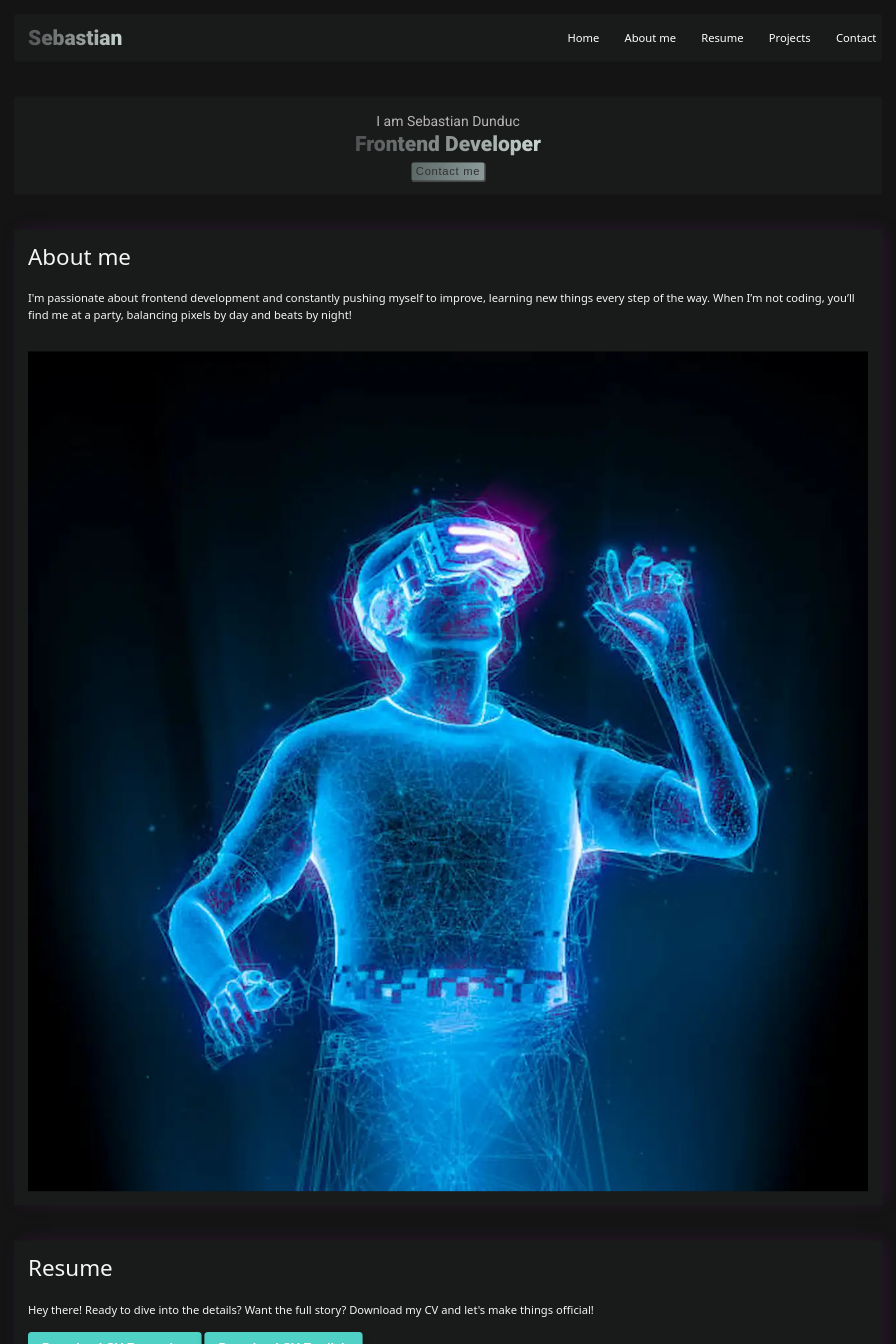
Repository: Sebastiand22/portfolio
Page: index.html
The author's editor kept a copy of each file at every save. The page is drawn from the files as they stood at one save, then again after a run of saves.
The browser window is 1280 px wide. The pictures show the part of the page from y = 0 to 1920 px (the page is 3888 px tall), at 70% of full size.

Above is the page before, as saved 2024-09-14 16:37:00.

### index.html
<!DOCTYPE html>
<html lang="en">
  <head>
    <meta charset="UTF-8" />
    <meta name="viewport" content="width=device-width, initial-scale=1.0" />
    <title>Portfolio</title>

    <link
      href="https://cdn.jsdelivr.net/npm/bootstrap@5.3.0-alpha1/dist/css/bootstrap.min.css"
      rel="stylesheet"
    />
    <link rel="preconnect" href="https://fonts.googleapis.com" />
    <link rel="preconnect" href="https://fonts.gstatic.com" crossorigin />
    <link rel="preconnect" href="https://fonts.googleapis.com" />
    <link rel="preconnect" href="https://fonts.gstatic.com" crossorigin />
    <link
      href="https://fonts.googleapis.com/css?family=Roboto:300,400,400i,500,500i,700,900&amp;display=swap"
      rel="stylesheet"
    />
    <link rel="stylesheet" href="index.css" />
  </head>
  <body>
    <section class="big-container">
      <div class="nav-bar navbar navbar-expand-lg">
        <h2 class="name">Sebastian</h2>

        <!-- Toggle button -->
        <button
          class="navbar-toggler"
          type="button"
          data-bs-toggle="collapse"
          data-bs-target="#navbarContent"
          aria-controls="navbarContent"
          aria-expanded="false"
          aria-label="Toggle navigation"
        >
        <svg class="navbar-toggler-svg"
        width="24"
        height="24"
        viewBox="0 0 24 24"
        fill="none"
        xmlns="http://www.w3.org/2000/svg"
      >
        <rect x="3" y="6" width="18" height="2" fill="grey" />
        <rect x="3" y="11" width="18" height="2" fill="grey" />
        <rect x="3" y="16" width="18" height="2" fill="grey" />
      </svg>
      <!-- <span class="navbar-toggler-icon"></span> -->
        </button>

        <!-- Navbar content -->
        <nav class="collapse navbar-collapse" id="navbarContent">
          <ul class="navbar-list navbar-nav ms-auto">
            <li class="nav-item"><a href="#home" class="nav-link">Home</a></li>
            <li class="nav-item">
              <a href="#services" class="nav-link">About me</a>
            </li>
            <li class="nav-item">
              <a href="#resume" class="nav-link">Resume</a>
            </li>
            <li class="nav-item">
              <a href="#project" class="nav-link">Projects</a>
            </li>
            <li class="nav-item">
              <a href="#contact" class="nav-link">Contact</a>
            </li>
          </ul>
        </nav>
      </div>
      <!-- HEADER SECTION -->
      <section class="header-container">
        <div class="header-section">
          <span class="header-name">I am Sebastian Dunduc</span>
          <h2 class="job-position">Frontend Developer</h2>

          <div class="wrap">
            <button class="button">Contact me</button>
          </div>
        </div>
        <picture class="anime">
          <source
            media="(min-width:1280px)"
            srcset="images/me-laptop-1x.webp 1x, images/me-laptop-2x.webp 2x"
          />
          <source
            media="(min-width:768px)"
            srcset="images/me-tablet-1x.webp 1x, images/me-tablet-2x.webp 2x"
          />
          <source
            media="(min-width:320px)"
            srcset="images/me-mobile1x.webp 1x, images/me-mobilee-2x.webp 2x"
          />
          <img class="me-photo" src="images/" alt="bye" />
        </picture>
      </section>

      <section class="about-container">
        <div class="about-section">
          <h2>About me</h2>
          <span class="about-description"
            >I'm passionate about frontend development and constantly pushing
            myself to improve, learning new things every step of the way. When
            I’m not coding, you’ll find me at a party, balancing pixels by day
            and beats by night!</span
          >
          <picture class="pixel-picture">
            <source
              media="(min-width:1280px)"
              srcset="
                images/pixel1x-laptop.webp 1x,
                images/pixel2x-laptop.webp 2x
              "
            />
            <source
              media="(min-width:768px)"
              srcset="
                images/pixel1x-tablet.webp 1x,
                images/pixel2x-tablet.webp 2x
              "
            />
            <source
              media="(min-width:320px)"
              srcset="
                images/pixel1x-mobile.webp 1x,
                images/pixel2x-laptop.webp 2x
              "
            />
            <img class="pixel" src="images/pixel1x-tablet.webp" alt="bye" />
          </picture>
        </div>
      </section>
      <section class="resume-container">
        <div class="resume-section">
          <h2>Resume</h2>
          <span class="resume-description">
            Hey there! Ready to dive into the details? Want the full story?
            Download my CV and let's make things official!</span
          >

          <div class="button-link">
            <a
              href="./files/Sebastian Dunduc Resume Romana.pdf"
              download="CV-Romanian"
              class="download-button"
              >Download CV-Romanian</a
            >
            <a
              href="./files/Sebastian Dunduc-Resume English.pdf"
              download="CV-English"
              class="download-button"
              >Download CV-English</a
            >
          </div>

          <picture class="lock-picture">
            <source
              media="(min-width:1280px)"
              srcset="
                images/lock-laptop1x.webp 1x,
                images/lock-laptop2x.webp 2x
              "
            />
            <source
              media="(min-width:768px)"
              srcset="
                images/lock-tablet1x.webp 1x,
                images/lock-tablet2x.webp 2x
              "
            />
            <source
              media="(min-width:320px)"
              srcset="
                images/lock-mobile1x.webp 1x,
                images/lock-mobile2x.webp 2x
              "
            />
            <img class="pixel" src="images/lock-tablet1x.webp" alt="bye" />
          </picture>
        </div>
      </section>

      <section class="project-container">
        <div class="background-project">
          <div class="project-section">
            <h2>Projects</h2>
            <span class="project-description"
              >Check out my projects! Click the icons to see live demos on
              GitHub. Explore and enjoy!</span
            >
          </div>
        </div>
      </section>

      <section class="contact-container">
        <div class="contact-section">
          <h2>Contact</h2>

          <span class="contact-description">to be friends</span>
          <span class="contact-description">to be mates</span>
          <span class="contact-description">to be collaborators</span>
        </div>
      </section>
    </section>
    <script src="https://cdn.jsdelivr.net/npm/bootstrap@5.3.0-alpha1/dist/js/bootstrap.bundle.min.js"></script>
  </body>
</html>

### index.css
:root {
  --font-title: "Playfair Display SC", serif;
  --size-title: 30px;
  --font-text: "Roboto Serif", serif;
}

body {
  margin: 0;
  padding: 0;
  box-sizing: border-box;
}

li {
  list-style-type: none;
}

.big-container {
  display: flex;
  flex-direction: column;
  background-color: rgb(20, 20, 20);
  min-height: 100vh;
  padding: 20px;
  max-width: 100%;
  overflow: hidden;
  gap: 50px;
}

h2.name {
  font-family: "Roboto", sans-serif;
  font-style: normal;
  font-size: 30px;
  font-weight: 900;
  text-align: center;
  background: radial-gradient(
    circle farthest-side at left center,
    #4e4f51 0%,
    #c9d6d0 100%
  );
  -webkit-background-clip: text;
  -webkit-text-fill-color: transparent;
}
.name {
  margin-left: 20px;
  margin-top: 8px;
}

.navbar-toggler {
 background-color: transparent;
  border: none;
}

.nav-bar {
  display: flex;
  width: 100%;
  overflow: hidden;
  background-color: #191a1a;
  border-radius: 4px;
}

.navbar-list li {
  display: inline;
  margin-left: 20px;
}

.nav-link {
  color: white;
}

/* HEADER SECTION  */
.header-container {
  background-color: #191a1a;
  height: auto;
  overflow: hidden;
  padding: 20px;
  border-radius: 4px;
}

.header-section {
  display: flex;
  flex-direction: column;
  align-items: center;
}
.header-name {
  font-family: "Roboto", sans-serif;
  font-size: 20px;
  color: rgb(184, 180, 180);
  text-align: center;
}

.job-position {
  font-family: "Roboto", sans-serif;
  font-style: normal;
  font-size: 30px;
  font-weight: 900;
  text-align: center;
  background: radial-gradient(
    circle farthest-side at left center,
    #4e4f51 0%,
    #c9d6d0 100%
  );
  -webkit-background-clip: text;
  -webkit-text-fill-color: transparent;
}

.anime {
  display: block;
  width: 100%;
  height: auto; /* Asigură păstrarea proporțiilor */
  max-width: 100%;

  /* Asigură că imaginea nu depășește lățimea containerului */
}
.anime img {
  margin-top: 20px;
  max-width: 100%;
  height: auto;
  display: none;

  /* Asigură păstrarea proporțiilor */
}

.wrap {
  height: auto;
  display: flex;
  align-items: center;
  justify-content: center;
}

.button {
  min-width: 50px;
  display: inline-flex;
  font-family: "Nunito", sans-serif;
  font-size: 1rem;
  align-items: center;
  justify-content: center;
  text-align: center;
  letter-spacing: 1px;
  font-weight: 400;
  color: #313133;
  background: linear-gradient(
    90deg,
    rgb(92, 105, 103) 0%,
    rgb(139, 154, 153) 100%
  );
  border: none;
  border-radius: 3px;
  box-shadow: 1px 1px 1px 1px rgba(225, 221, 226, 0.26);
  cursor: pointer;
  outline: none;
  position: relative;
  transition: all 0.3s ease-in-out;
}
.button:hover {
  background: linear-gradient(
    90deg,
    rgb(227, 247, 245) 0%,
    rgb(17, 18, 18) 100%
  );
  color: #000; /* Text negru */
  box-shadow: 12px 12px 24px rgba(1, 1, 1, 0.84);
  transform: scale(1.05); /* Mică mărire la hover */
}

.button:active {
  background: linear-gradient(
    90deg,
    rgb(236, 246, 245) 0%,
    rgb(154, 161, 161) 100%
  );
  box-shadow: 6px 6px 12px rgba(1, 1, 1, 0.54);
  transform: scale(0.95); /* Mică micșorare la click */
}

/* ABOUT ME SECTION */

.about-container {
  display: flex;
  justify-content: flex-start;
  background-color: #191a1a;
  height: auto;
  overflow: hidden;
  padding: 20px;
  box-shadow: 6px -2px 25px -6px rgba(136, 24, 161, 0.26);
}

.about-section {
  display: flex;
  flex-direction: column;
  gap: 20px;
  overflow: hidden;
}
.pixel-picture {
  display: block;
  width: 100%;
  height: auto; /* Asigură păstrarea proporțiilor */
  max-width: 100%;
}

/* Asigură că imaginea nu depășește lățimea containeului */

.pixel-picture img {
  margin-top: 20px;
  max-width: 100%;
  height: auto;
}

.about-description {
  color: whitesmoke;
}
h2 {
  color: whitesmoke;
}

/* RESUME SECTION */

.download-button {
  display: inline-block;
  padding: 10px 20px;
  background-color: #4fd1c5;
  color: white;
  text-decoration: none;
  border-radius: 5px;
  font-family: "Arial", sans-serif;
  font-size: 18px;
  font-weight: bold;
  text-align: center;
  box-shadow: 0 5px 10px rgba(0, 0, 0, 0.2);
  transition: background-color 0.3s ease;
}

.download-button:hover {
  background-color: #38b2ac;
}

.resume-container {
  display: flex;
  justify-content: flex-start;
  background-color: #191a1a;
  height: auto;
  overflow: hidden;
  padding: 20px;
  box-shadow: 6px -2px 25px -6px rgba(136, 24, 161, 0.26);
}

.resume-section {
  display: flex;
  flex-direction: column;
  gap: 20px;
  overflow: hidden;
}
.lock-picture {
  display: block;
  width: 100%;
  height: auto; /* Asigură păstrarea proporțiilor */
  max-width: 100%;
}

/* Asigură că imaginea nu depășește lățimea containeului */

.lock-picture img {
  margin-top: 20px;
  max-width: 100%;
  height: auto;
}
.resume-description {
  color: whitesmoke;
}

/* PROJECT SECTION */

.project-container {
  display: flex;
  justify-content: flex-start;
  background-color: #191a1a;
  height: auto;
  overflow: hidden;
  padding: 20px;
  box-shadow: inset;
  box-shadow: 6px -2px 25px -6px rgba(136, 24, 161, 0.26);
}

.project-section {
  display: flex;
  flex-direction: column;
  gap: 20px;
  overflow: hidden;
}

.background-project {
  background-image: url("./images/wall.jpg");
  background-size: cover; /* Asigură că imaginea acoperă întregul div */
  background-position: center; /* Centrează imaginea în div */
  background-repeat: no-repeat; /* Evită repetarea imaginii */
  width: 100%; /* Lățimea div-ului */
  min-height: 300px;
}

.project-description {
  color: azure;
}

/* CONTACT SECTION */

.contact-container {
  box-shadow: 6px -2px 25px -6px rgba(136, 24, 161, 0.26);

  display: flex;
  justify-content: flex-start;
  background-color: #191a1a;
  height: auto;
  overflow: hidden;
  padding: 20px;
}

.contact-section {
  display: flex;
  flex-direction: column;
  gap: 20px;
  overflow: hidden;
}

.contact-description {
  color: white;
}

After the next 2 saves:
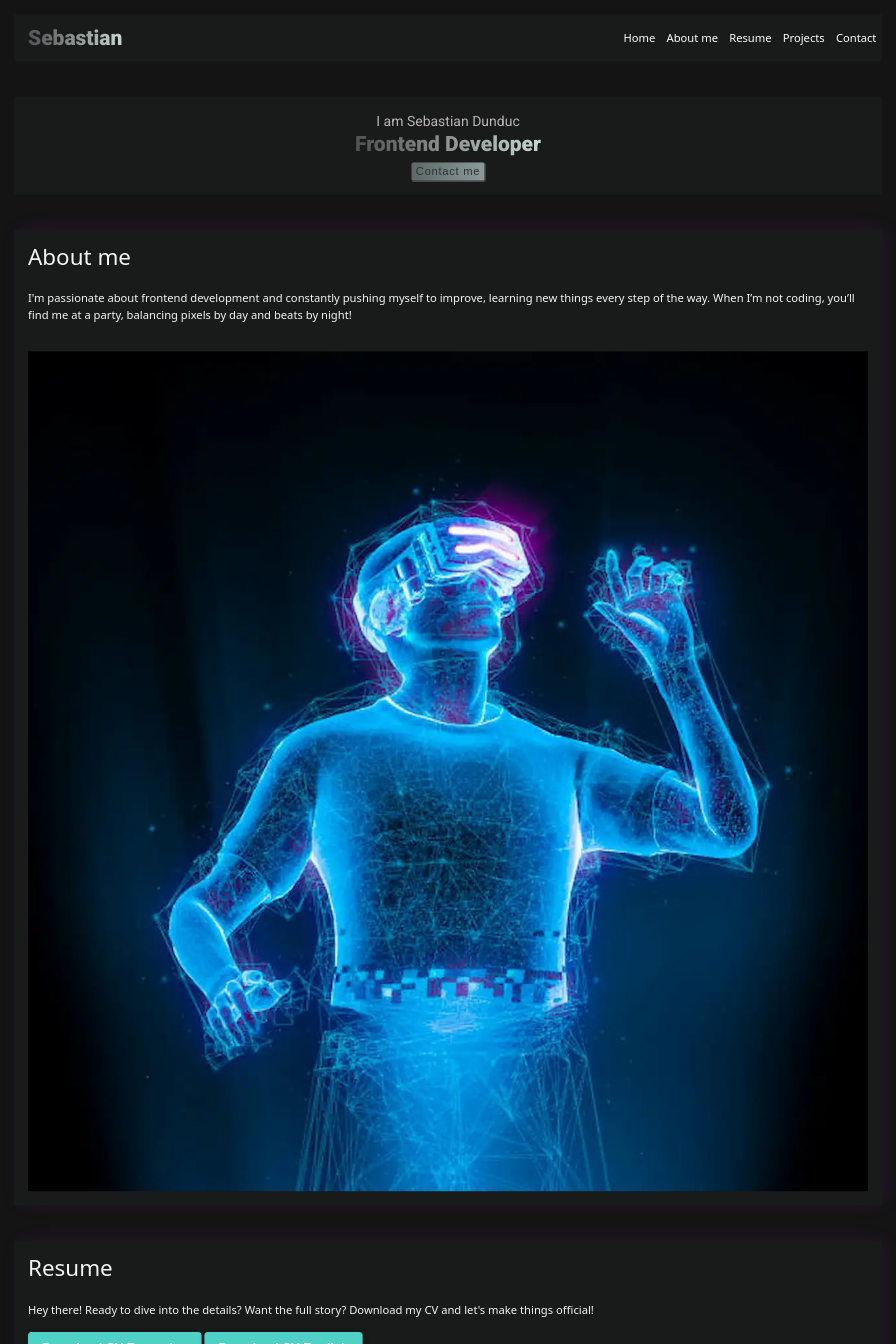
The 2 saves are shown as one change because they came seconds apart.
The last was saved 76 s later.
--- a/index.css
+++ b/index.css
@@ -56,6 +56,7 @@
   background-color: #191a1a;
   border-radius: 4px;
 }
+.navbar-toggler:
 
 .navbar-list li {
   display: inline;

After the save that followed:
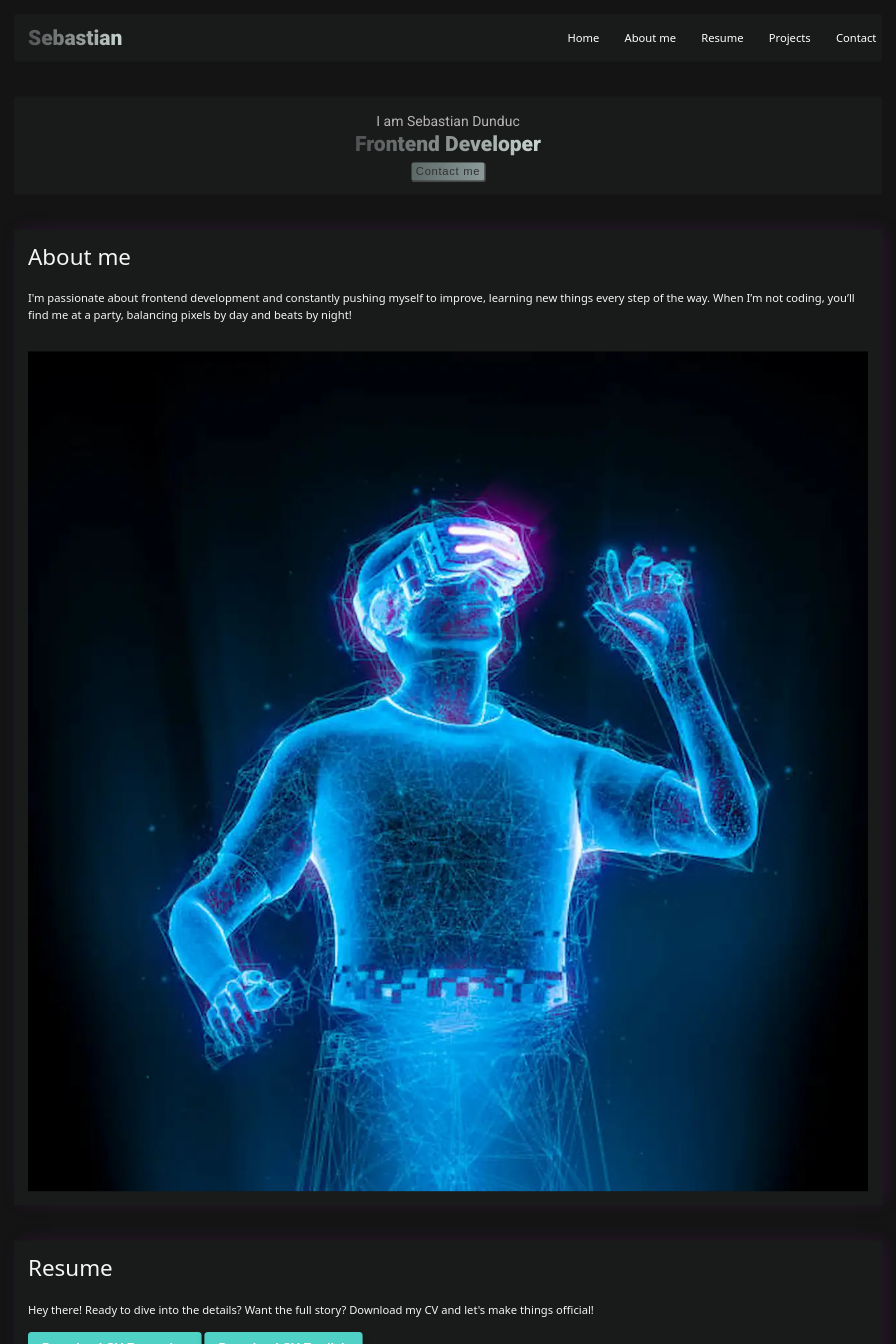
Saved 13 s later.
--- a/index.css
+++ b/index.css
@@ -56,7 +56,7 @@
   background-color: #191a1a;
   border-radius: 4px;
 }
-.navbar-toggler:
+.navbar-toggler:focus{border: none;}
 
 .navbar-list li {
   display: inline;
